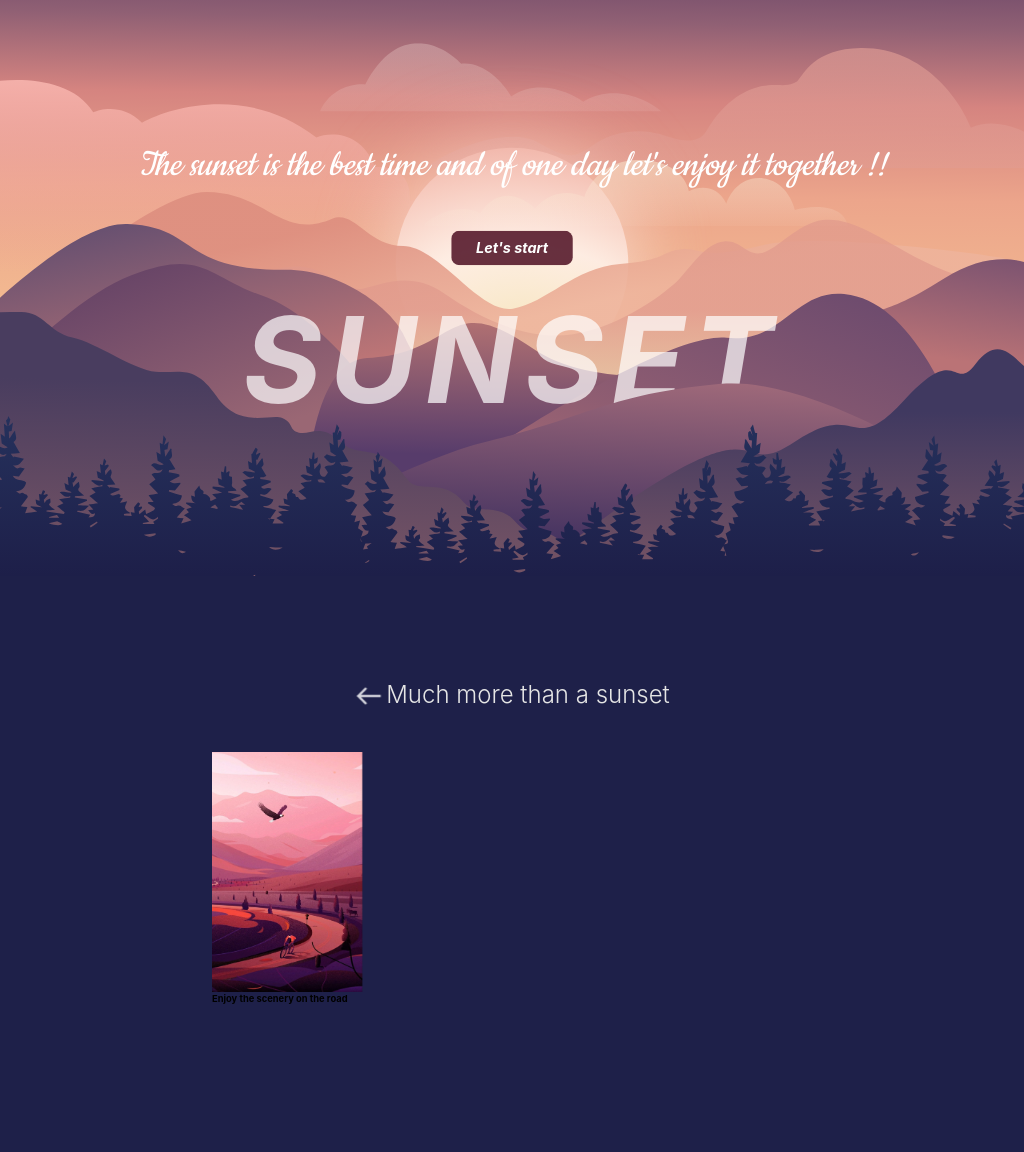
Repository: nambui98/parallax
Page: /
The author's editor kept a copy of each file at every save. The page is drawn from the files as they stood at one save, then again after the next save.
The browser window is 1280 px wide. The pictures show the whole page, at 80% of full size.
The project was rebuilt for these pictures with package versions that can differ from the ones it lists, and the page was loaded fresh each time. Also part of the build but not shown: vite.config.ts.

Above is the page before, as saved 2022-03-24 15:23:43.

After the next save:
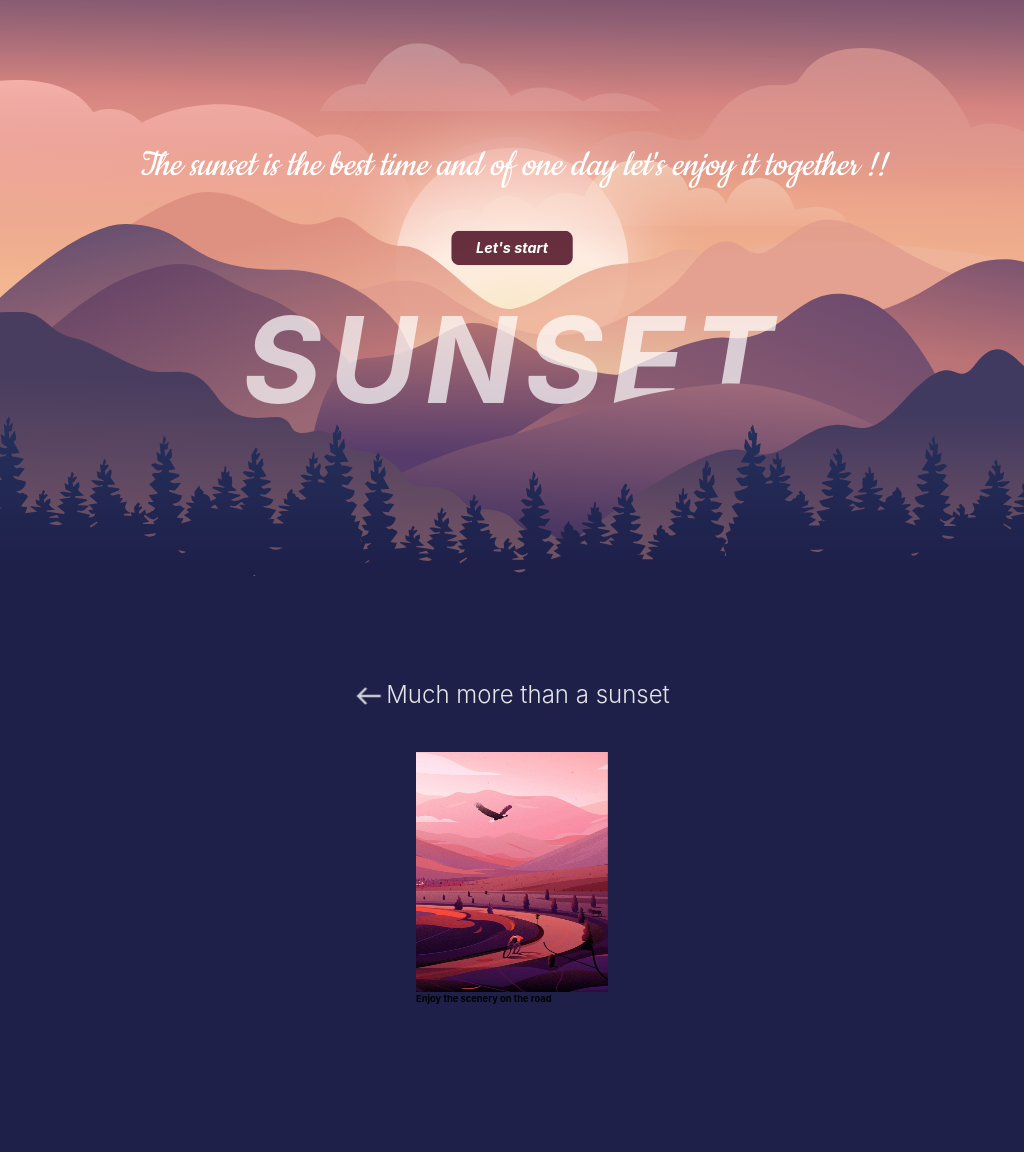
Saved 22 s later.
--- a/src/App.scss
+++ b/src/App.scss
@@ -158,7 +158,7 @@ html{
     margin-top: 5rem;
   }
   &__card{
-    flex: 0 0 25%;
+    width: 24rem;
   }
   &__img{
     width: 100%;
